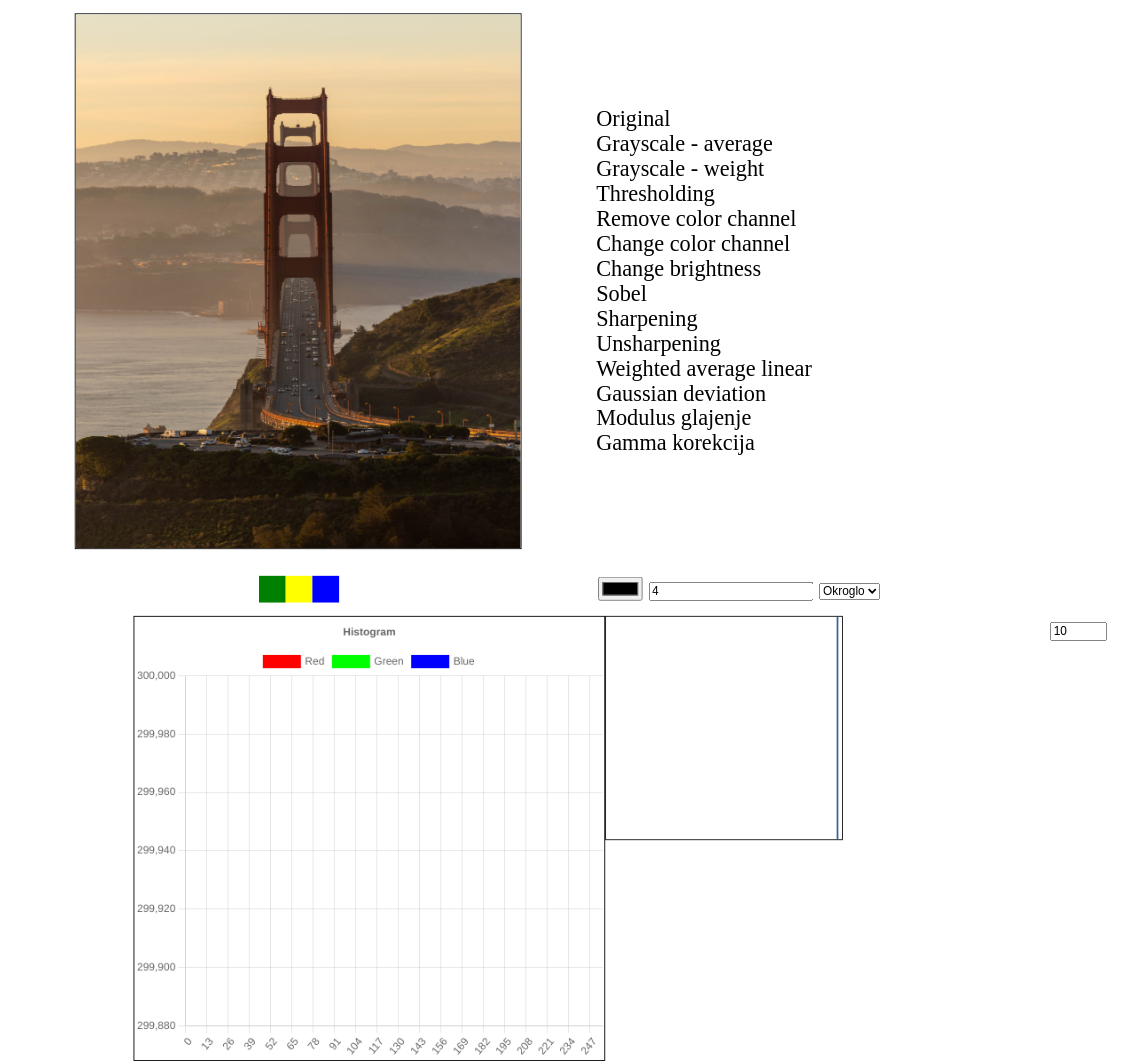
Repository: fussionko/web_photoshop
Page: index.html
The author's editor kept a copy of each file at every save. The page is drawn from the files as they stood at one save, then again after the next save.
The browser window is 1280 px wide. The pictures show the whole page, at 89% of full size.
Some web libraries are served in a nearby version.

Above is the page before, as saved 2022-04-29 10:37:37.

After the next save:
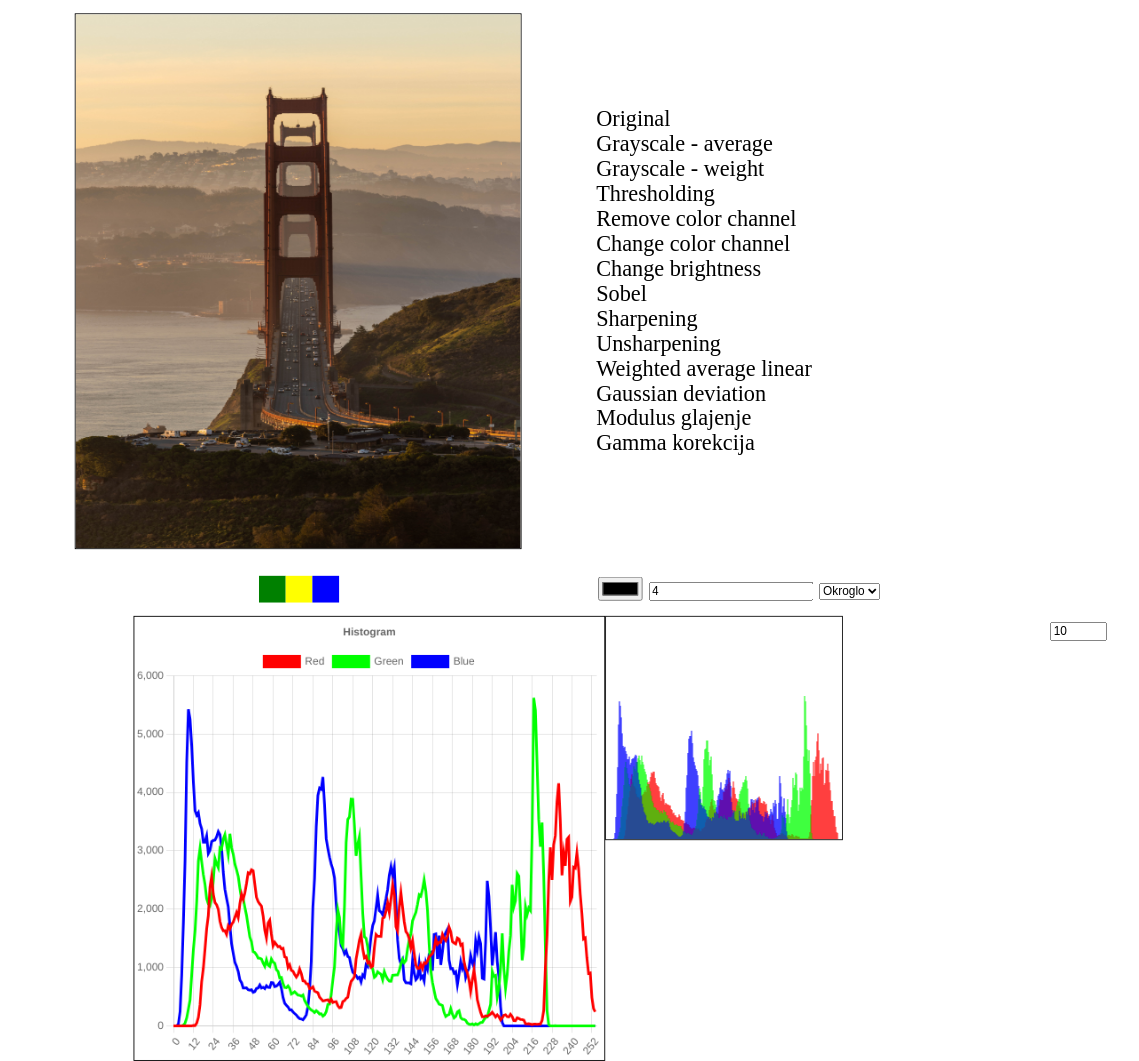
Saved 16 s later.
--- a/graph.js
+++ b/graph.js
@@ -51,7 +51,7 @@ for(let i = 0; i <= 255; i++)
     if(255%i == 0)
         allowed_basket_values.push(i);
 
-let basket_num = 1;
+let basket_num = 255;
 let basket_size = 255/basket_num;
 const graph_template = {
     "r":{},
